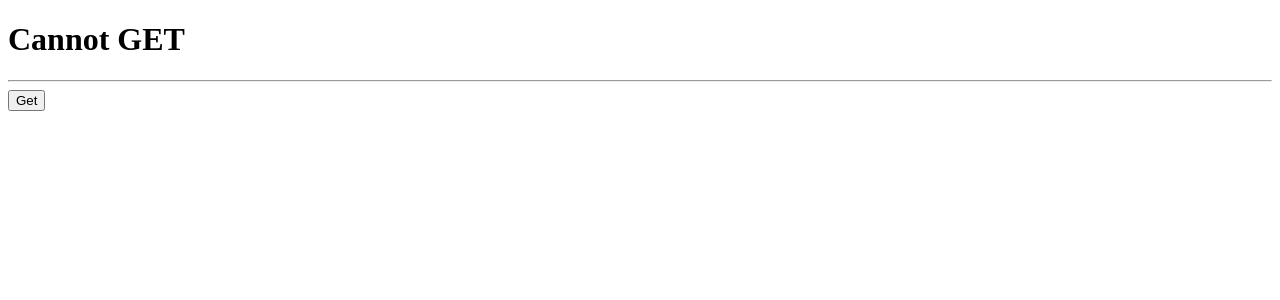
Repository: rltn2121/ssafy_7th
Page: http://localhost/BoardWebAjaxJson/jsp/ajax/basicAjaxFetch.jsp
The author's editor kept a copy of each file at every save. The page is drawn from the files as they stood at one save, then again after the next save.
The browser window is 1280 px wide. The pictures show the whole page.
After loading, the first visible `#btnGet` was clicked once.
The page is served by Tomcat 9. Other server files are loaded and not shown.

Above is the page before, as saved 2022-03-23 06:22:24.
Not found: BoardWebAjaxJson/BasicAjaxServlet

### BoardWebAjaxJson/WebContent/jsp/ajax/basicAjaxFetch.jsp
<%@ page language="java" contentType="text/html; charset=UTF-8"
    pageEncoding="UTF-8"%>
<!DOCTYPE html>
<html>
<head>
<meta charset="UTF-8">
<title>Insert title here</title>
</head>
<%
	String contextPath = request.getContextPath();
%>
<body>
	<h1 id = "title">Before</h1>
	<hr>
	<button id = "btnGet">Get</button>

	<script>
		window.onload = function(){
			document.querySelector("#btnGet").onclick = function(){
				getAjax();
		}
	}

	async function getAjax(){
		let response = await fetch("/BasicAjaxServlet")
		let text = await response.text();
		document.querySelector("#title").innerHTML = text;
	}
</script>
</body>
</html>

### BoardWebAjaxJson/src/servlet/ajax/BasicAjaxServlet.java
package servlet.ajax;

import java.io.IOException;
import javax.servlet.ServletException;
import javax.servlet.annotation.WebServlet;
import javax.servlet.http.HttpServlet;
import javax.servlet.http.HttpServletRequest;
import javax.servlet.http.HttpServletResponse;

@WebServlet("/BasicAjaxServlet")
public class BasicAjaxServlet extends HttpServlet {
	private static final long serialVersionUID = 1L;

	protected void doGet(HttpServletRequest request, HttpServletResponse response) throws ServletException, IOException {
		response.setContentType("text/html;charset=utf-8");
		response.getWriter().append("안녕하세요, AJAX");
		System.out.println("BasicAjaxServlet");


	}
	protected void doPost(HttpServletRequest request, HttpServletResponse response) throws ServletException, IOException {
		doGet(request, response);
	}

}

After the next save:
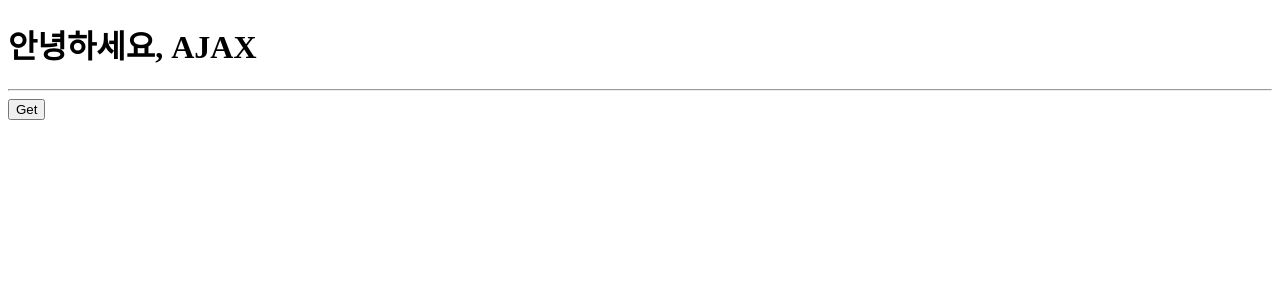
Saved 2 min 4 s later.
--- a/BoardWebAjaxJson/WebContent/jsp/ajax/basicAjaxFetch.jsp
+++ b/BoardWebAjaxJson/WebContent/jsp/ajax/basicAjaxFetch.jsp
@@ -22,7 +22,7 @@
 	}
 
 	async function getAjax(){
-		let response = await fetch("/BasicAjaxServlet")
+		let response = await fetch("<%= contextPath%>/BasicAjaxServlet")
 		let text = await response.text();
 		document.querySelector("#title").innerHTML = text;
 	}
